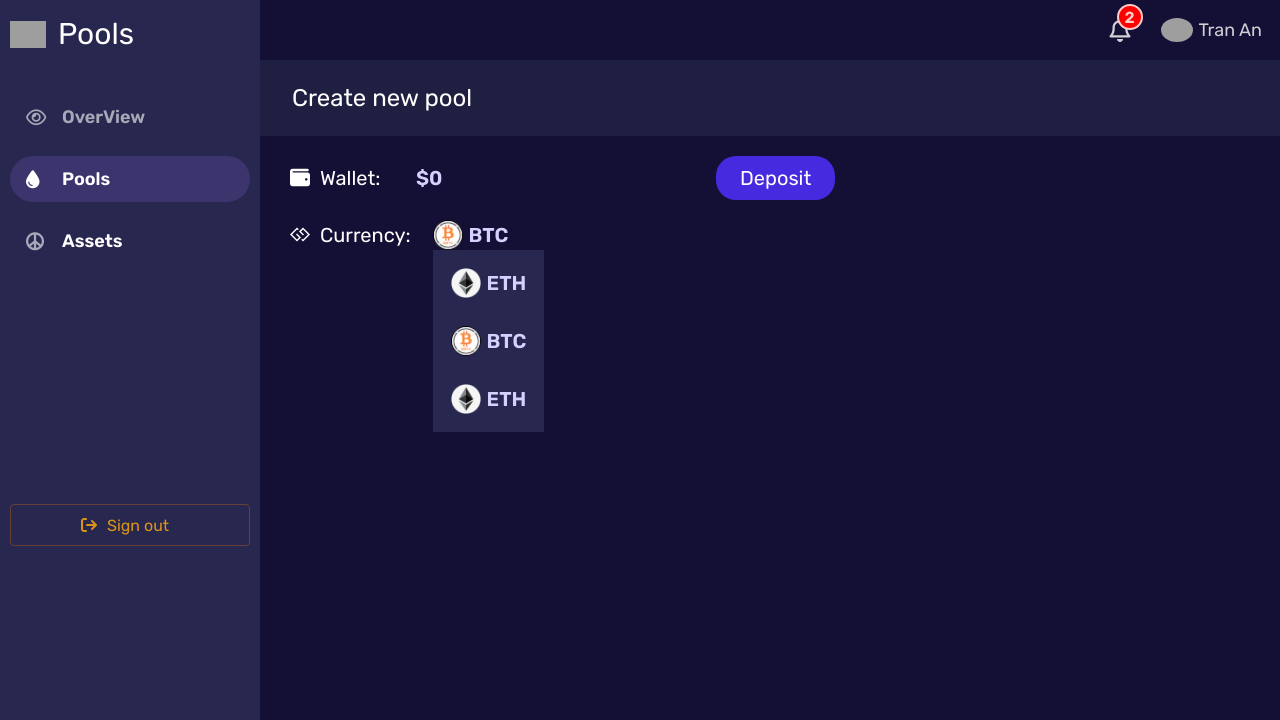
Repository: quynh232000/pools
Page: pool/create-pool.html
An editor plug-in stored every save of this project. The page is shown before and after the next save, followed by the edit.
The browser window is 1280 px wide. The pictures show the whole page.
Pictures or frames that could not be fetched are drawn as grey boxes.

Above is the page before, as saved 2023-07-14 00:38:30.

After the next save:
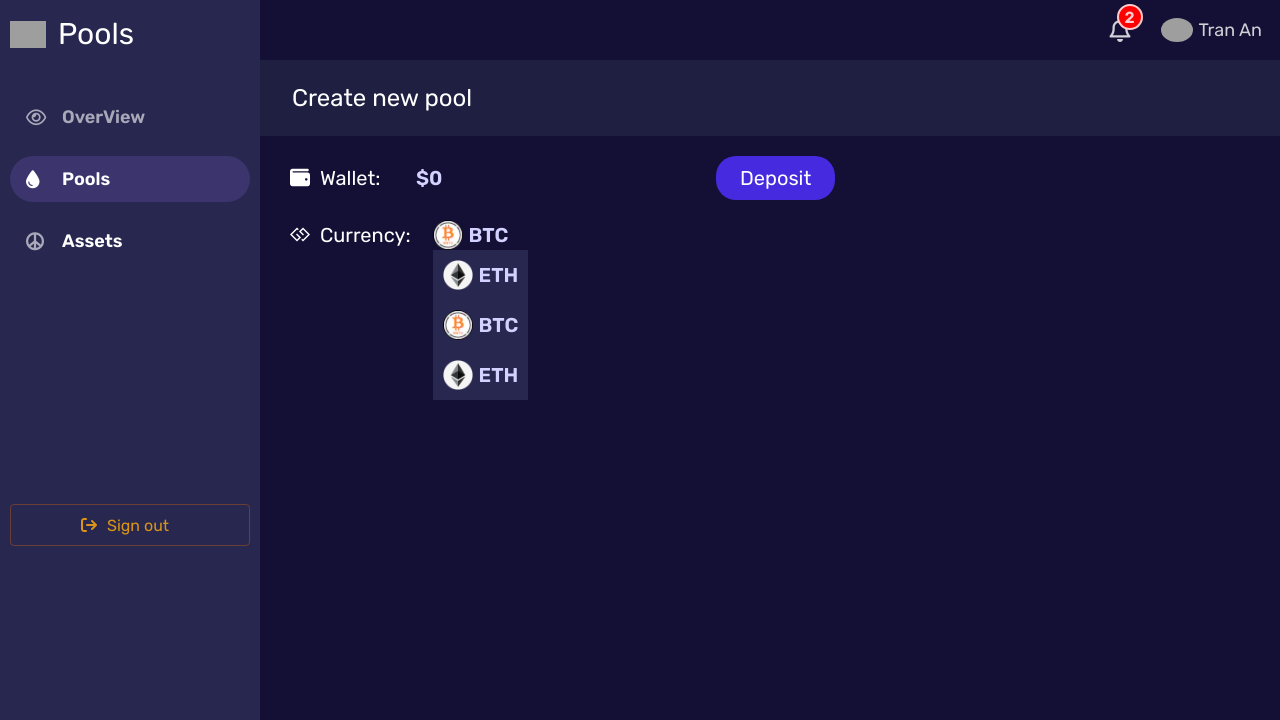
Saved 13 s later.
--- a/src/css/create-pool.css
+++ b/src/css/create-pool.css
@@ -57,7 +57,7 @@
 
 }
 .type-money-more .type-money-item{
-    margin: 8px;
+    /* margin: 8px; */
     border-radius: 6px;
     padding: 10px;
 }
